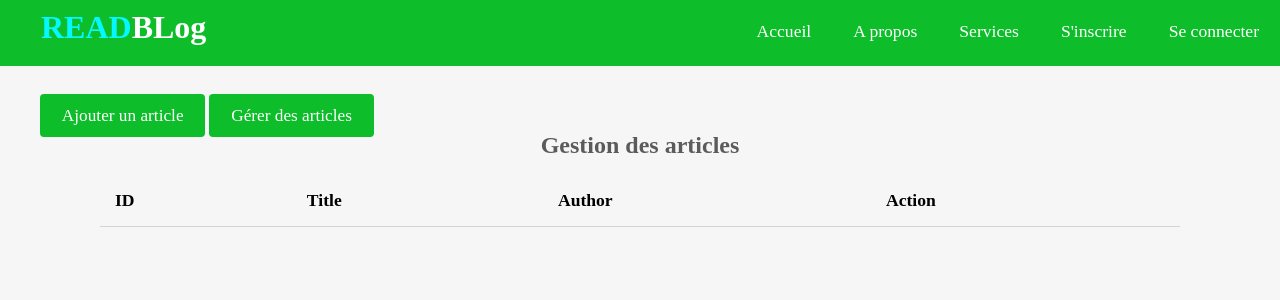
Repository: ahamie71/miniblog
Page: http://localhost/admin/index.php
These files come from the project's save history. The page is drawn as it stood at one moment and after a run of saves; the edit follows.
The browser window is 1280 px wide. The pictures show the whole page.
The page is run by PHP 8.4 with error messages shown; the project is at /var/www/html/. Queries for data that is not in the repository find no rows.

Above is the page before, as saved 2023-03-01 09:33:07.

After the next 2 saves:
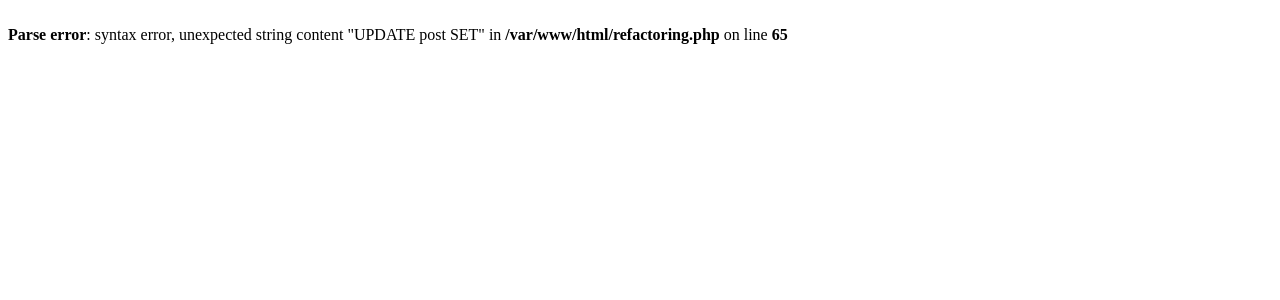
The 2 saves are shown as one change because they came seconds apart.
The last was saved 17 s later.
--- a/refactoring.php
+++ b/refactoring.php
@@ -62,4 +62,5 @@ function updatePost($id,$author,$title,$content){
 
     global $pdo;
 
+    $query = $pdo->prepare('UPDATE post SET
 }
